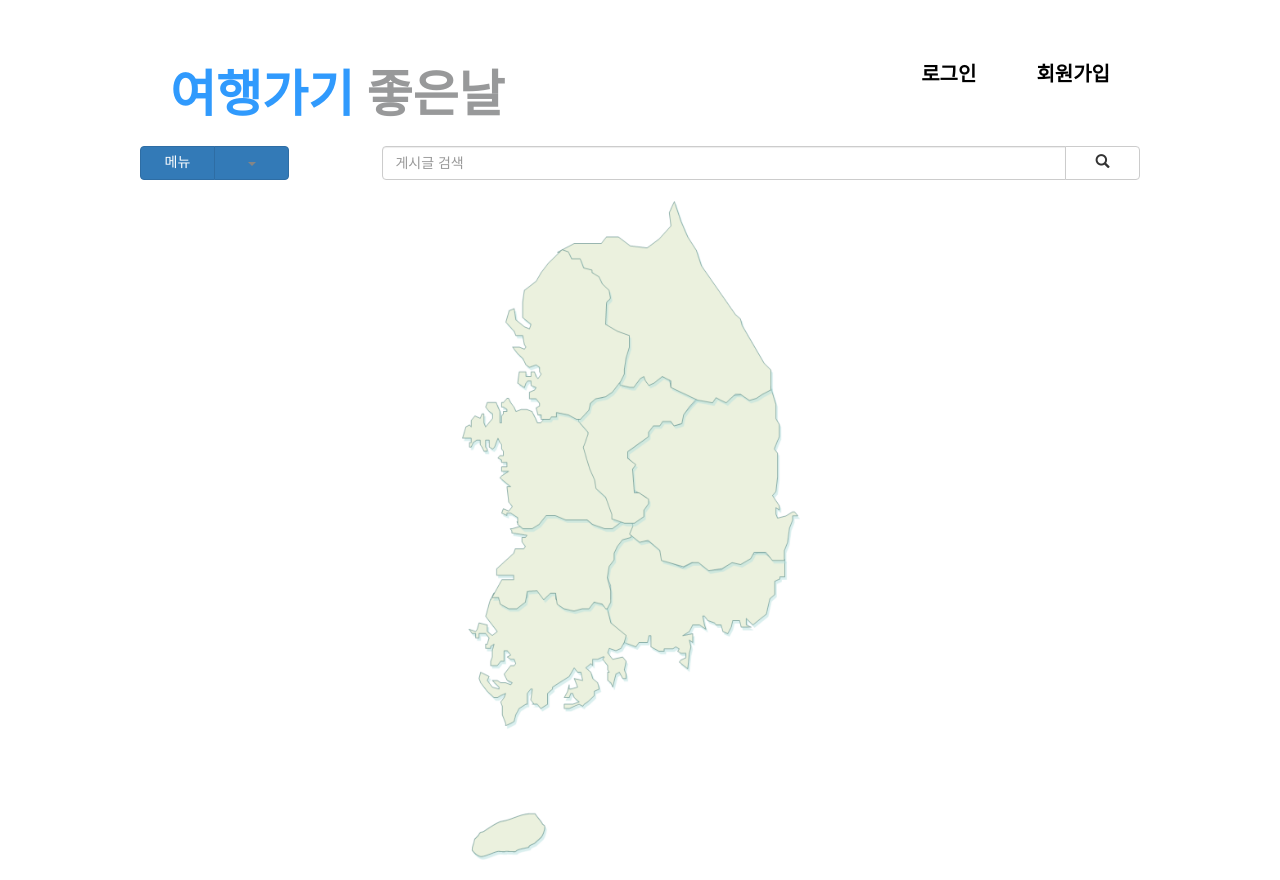
Repository: Hotmintchoco/teamProject1
Page: http://localhost/tripProject/mypage.jsp
The author's editor kept a copy of each file at every save. The page is drawn from the files as they stood at one save, then again after the next save.
The browser window is 1280 px wide. The pictures show the whole page.
Some web fonts or font styles are not loaded; a fallback is used. The page is served by Tomcat 9. Nobody is signed in. The application's start-up code is not run.

Above is the page before, as saved 2022-07-02 11:42:34.

After the next save:
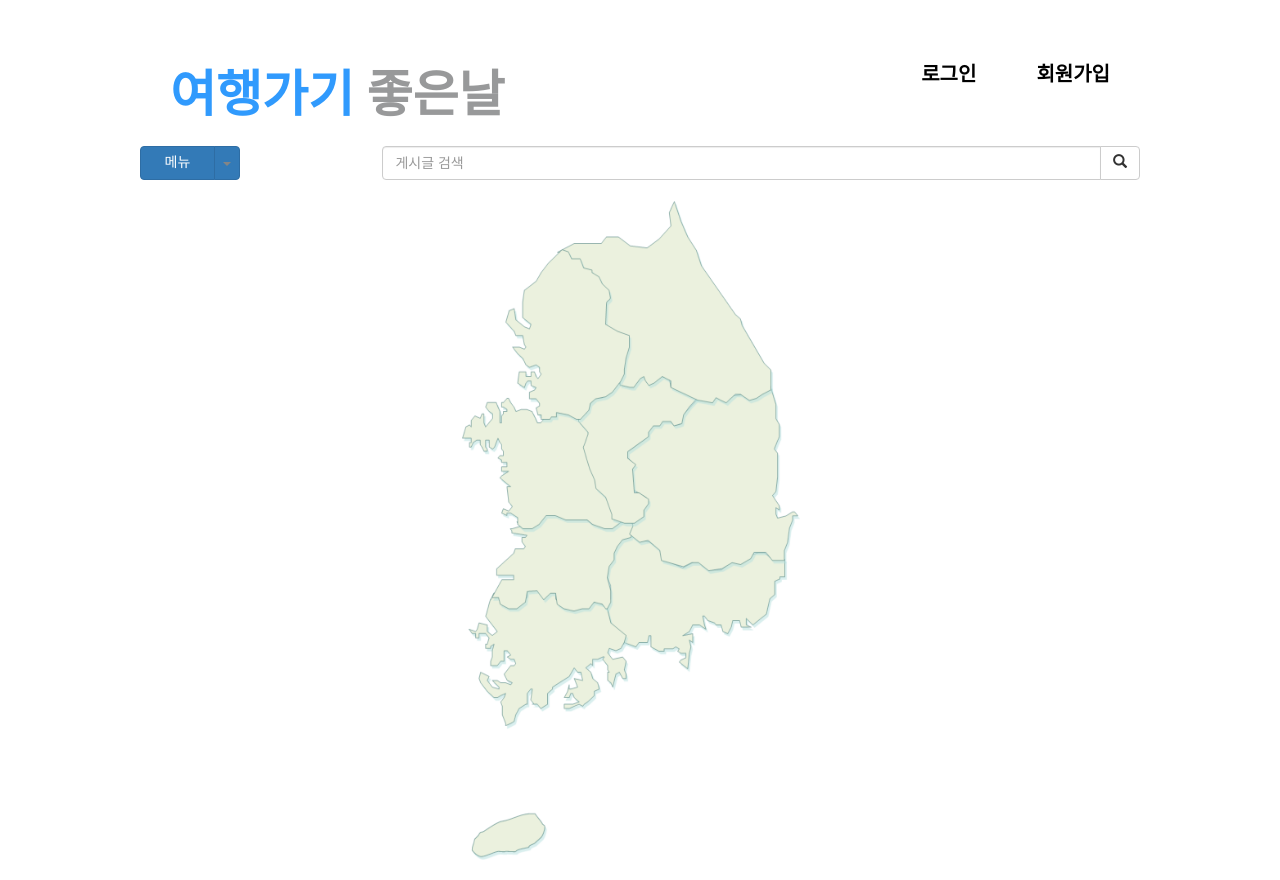
Saved 6 s later.
--- a/tripProject/src/main/webapp/mypage.jsp
+++ b/tripProject/src/main/webapp/mypage.jsp
@@ -27,7 +27,7 @@
         #slider > img {margin-left: 250px;}
         .tm-mt-0 {float: left; font-size: 50px;}
         #menubar {width: 1000px; margin: 0 auto;}
-        .btn {width: 75px;}
+        .menubtn {width: 75px;}
     </style>
 </head>
 <body>
